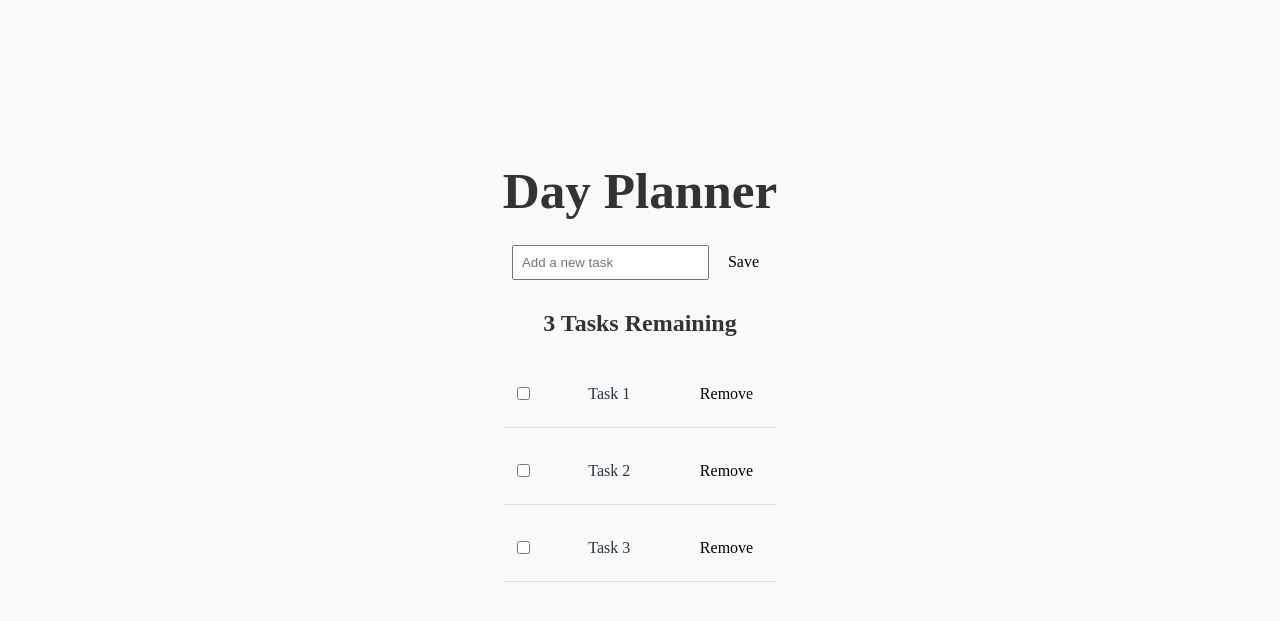
Repository: GavinPahal/Lab7
Page: /
An editor plug-in stored every save of this project. The page is shown before and after the next save, followed by the edit.
The browser window is 1280 px wide. The pictures show the whole page.
The project was rebuilt for these pictures with package versions that can differ from the ones it lists, and the page was loaded fresh each time. Also part of the build but not shown: vite.config.js.

Above is the page before, as saved 2024-10-27 12:21:08.

### src/App.jsx
import React, { useState } from 'react';
import Task from './components/Task';
import TaskForm from './components/TaskForm';
import './App.css';

function App() {
  const [tasks, setTasks] = useState([
    { text: 'Task 1', isCompleted: false },
    { text: 'Task 2', isCompleted: false },
    { text: 'Task 3', isCompleted: false },
  ]);  // Initial 3 tasks

  const [showAll, setShowAll] = useState(false);  // State to toggle showing all tasks

  // Function to add a new task
  const addTask = (task) => {
    setTasks([...tasks, { text: task, isCompleted: false }]);
  };

  // Function to toggle task completion status
  const toggleTask = (index) => {
    const newTasks = [...tasks];
    newTasks[index].isCompleted = !newTasks[index].isCompleted;
    setTasks(newTasks);
  };

  // Function to delete a task
  const deleteTask = (index) => {
    const newTasks = tasks.filter((_, i) => i !== index);
    setTasks(newTasks);
  };

  // Get the count of pending tasks
  const pendingTasks = tasks.filter(task => !task.isCompleted).length;

  // Control how many tasks to display (first 3 or all)
  const tasksToDisplay = showAll ? tasks : tasks.slice(0, 3);

  return (
    <div className="app">
      <h1>Day Planner</h1>

      {/* TaskForm is now between the heading and task count */}
      <TaskForm addTask={addTask} />

      <h2>{pendingTasks} Tasks Remaining</h2>

      <div className="task-list">
        {tasksToDisplay.length > 0 ? (
          tasksToDisplay.map((task, index) => (
            <Task
              key={index}
              index={index}
              task={task}
              toggleTask={toggleTask}
              deleteTask={deleteTask}
            />
          ))
        ) : (
          <p>No tasks available. Add a new task above.</p>
        )}
      </div>

      {tasks.length > 3 && !showAll && (
        <button onClick={() => setShowAll(true)}>Show All Tasks</button>
      )}
    </div>
  );
}

export default App;

### src/components/Task.jsx
import React from 'react';

function Task({ task, index, toggleTask, deleteTask }) {
  return (
    <div className={`task ${task.isCompleted ? 'completed' : ''}`}>
      <input
        type="checkbox"
        checked={task.isCompleted}
        onChange={() => toggleTask(index)}
      />
      <span>{task.text}</span>
      <button onClick={() => deleteTask(index)}>Remove</button>
    </div>
  );
}

export default Task;

### src/components/TaskForm.jsx
import React, { useState } from 'react';

function TaskForm({ addTask }) {
  const [value, setValue] = useState('');

  const handleSubmit = (e) => {
    e.preventDefault();
    if (!value) return;
    addTask(value);
    setValue('');
  };

  return (
    <form onSubmit={handleSubmit} className="task-form">
      <input
        type="text"
        value={value}
        onChange={(e) => setValue(e.target.value)}
        placeholder="Add a new task"
      />
      <button type="submit">Save</button>  {/* Changed 'Add' to 'Save' */}
    </form>
  );
}

export default TaskForm;

### src/App.css
body {
  font-family: 'Times New Roman', serif;
  margin: 0;
  padding: 0;
  background-color: #f9f9f9;
  display: flex; /* Use flexbox for centering */
  justify-content: center; /* Center horizontally */
  align-items: center; /* Center vertically */
  height: 100vh; /* Full viewport height */
  text-align: center; /* Center text within the body */
}

h1, h2 {
  margin-bottom: 20px;
  color: #333;
}

.task-list {
  margin-top: 20px;
}

.task {
  display: flex;
  justify-content: space-between;
  align-items: center;
  padding: 10px;
  margin-bottom: 10px;
  border-bottom: 1px solid #ddd;
}

.task.completed {
  text-decoration: line-through;
  color: #aaa;
}

/* Style the Save button */
.save-button {
  background-color: green; /* Green background */
  color: white; /* White text */
  padding: 10px; /* Padding for height */
  border: none; /* No border */
  cursor: pointer;
  font-size: 16px;
  width: 100%; /* Full width for a rectangle shape */
}

input[type="text"], button {
  padding: 8px;
  margin: 5px;
}

Loaded but not shown: index.html (common file); src/main.jsx (common file); src/index.css (common file)

After the next save:
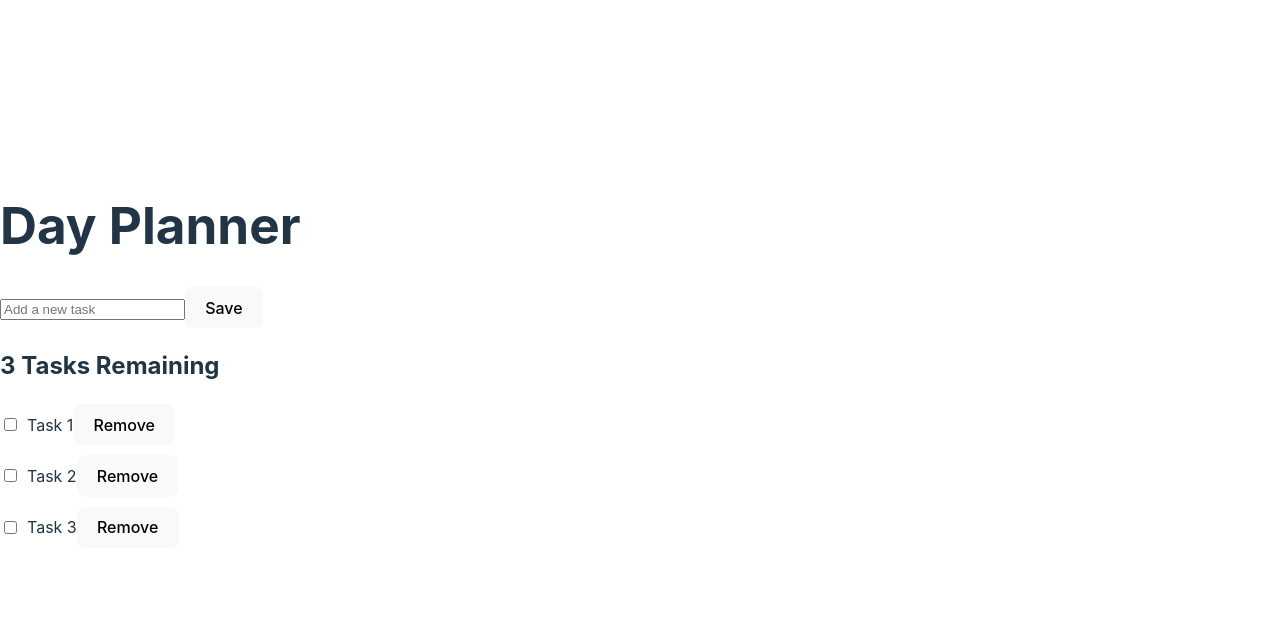
Saved 2 min 10 s later.
--- a/src/App.css
+++ b/src/App.css
@@ -1,50 +1,26 @@
-body {
-  font-family: 'Times New Roman', serif;
-  margin: 0;
-  padding: 0;
-  background-color: #f9f9f9;
-  display: flex; /* Use flexbox for centering */
-  justify-content: center; /* Center horizontally */
-  align-items: center; /* Center vertically */
-  height: 100vh; /* Full viewport height */
-  text-align: center; /* Center text within the body */
+.task {
+  display: flex;
+  align-items: center;
+  margin-bottom: 10px; /* Space between tasks */
 }
 
-h1, h2 {
-  margin-bottom: 20px;
-  color: #333;
+.task input[type="checkbox"] {
+  margin-right: 10px; /* Space between checkbox and task text */
 }
 
-.task-list {
-  margin-top: 20px;
+.task-text {
+  margin-right: 10px; /* Space between task text and button */
 }
 
-.task {
-  display: flex;
-  justify-content: space-between;
-  align-items: center;
-  padding: 10px;
-  margin-bottom: 10px;
-  border-bottom: 1px solid #ddd;
+.remove-button {
+  background-color: red; /* Red background */
+  color: white; /* White text */
+  padding: 5px 10px; /* Padding for the button */
+  border: none; /* No border */
+  cursor: pointer; /* Pointer cursor on hover */
+  border-radius: 4px; /* Rounded corners */
 }
 
-.task.completed {
-  text-decoration: line-through;
-  color: #aaa;
+.remove-button:hover {
+  opacity: 0.8; /* Slightly dim when hovered */
 }
-
-/* Style the Save button */
-.save-button {
-  background-color: green; /* Green background */
-  color: white; /* White text */
-  padding: 10px; /* Padding for height */
-  border: none; /* No border */
-  cursor: pointer;
-  font-size: 16px;
-  width: 100%; /* Full width for a rectangle shape */
-}
-
-input[type="text"], button {
-  padding: 8px;
-  margin: 5px;
-}

After the save that followed:
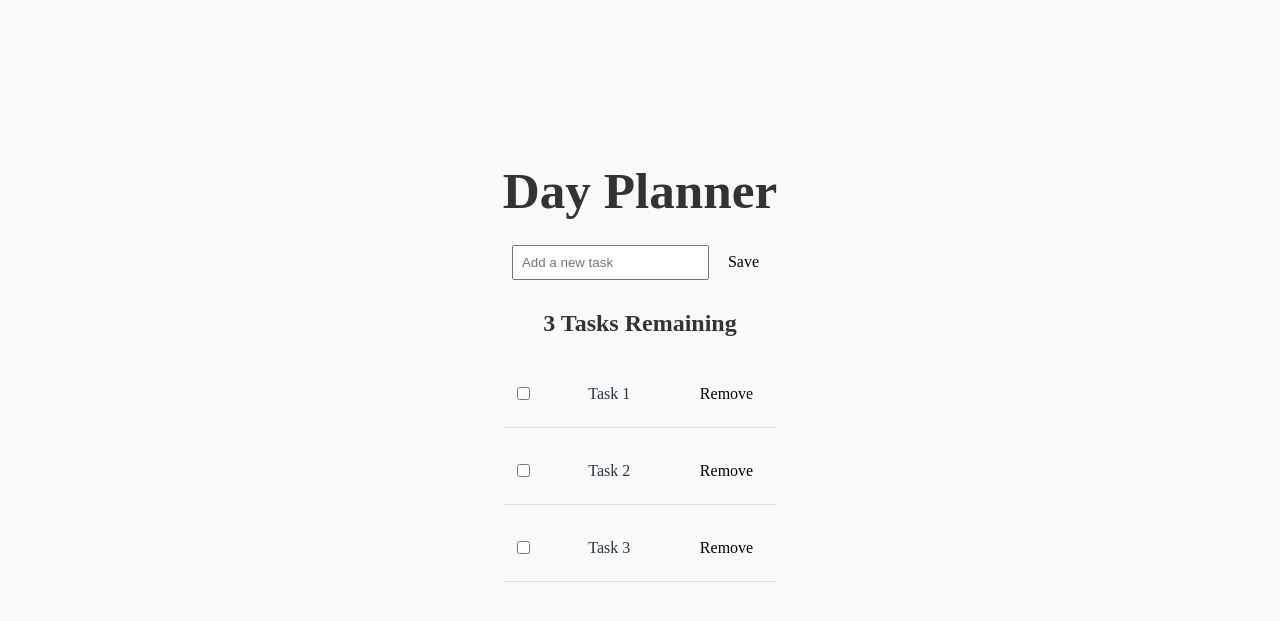
Saved 16 s later.
--- a/src/App.css
+++ b/src/App.css
@@ -1,26 +1,50 @@
+body {
+  font-family: 'Times New Roman', serif;
+  margin: 0;
+  padding: 0;
+  background-color: #f9f9f9;
+  display: flex; /* Use flexbox for centering */
+  justify-content: center; /* Center horizontally */
+  align-items: center; /* Center vertically */
+  height: 100vh; /* Full viewport height */
+  text-align: center; /* Center text within the body */
+}
+
+h1, h2 {
+  margin-bottom: 20px;
+  color: #333;
+}
+
+.task-list {
+  margin-top: 20px;
+}
+
 .task {
   display: flex;
+  justify-content: space-between;
   align-items: center;
-  margin-bottom: 10px; /* Space between tasks */
+  padding: 10px;
+  margin-bottom: 10px;
+  border-bottom: 1px solid #ddd;
 }
 
-.task input[type="checkbox"] {
-  margin-right: 10px; /* Space between checkbox and task text */
+.task.completed {
+  text-decoration: line-through;
+  color: #aaa;
 }
 
-.task-text {
-  margin-right: 10px; /* Space between task text and button */
+/* Style the Save button */
+.save-button {
+  background-color: green; /* Green background */
+  color: white; /* White text */
+  padding: 10px; /* Padding for height */
+  border: none; /* No border */
+  cursor: pointer;
+  font-size: 16px;
+  width: 100%; /* Full width for a rectangle shape */
 }
 
-.remove-button {
-  background-color: red; /* Red background */
-  color: white; /* White text */
-  padding: 5px 10px; /* Padding for the button */
-  border: none; /* No border */
-  cursor: pointer; /* Pointer cursor on hover */
-  border-radius: 4px; /* Rounded corners */
+input[type="text"], button {
+  padding: 8px;
+  margin: 5px;
 }
-
-.remove-button:hover {
-  opacity: 0.8; /* Slightly dim when hovered */
-}
